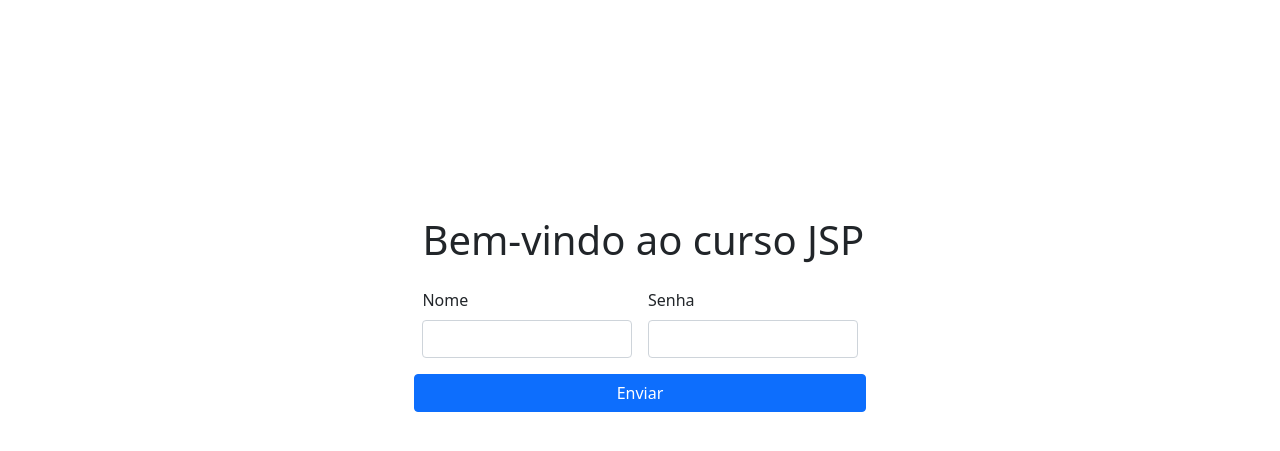
Repository: wdnzs/EstudoJSP
Page: http://localhost/curso-jsp/
An editor plug-in stored every save of this project. The page is shown before and after the next save, followed by the edit.
The browser window is 1280 px wide. The pictures show the whole page.
The page is served by Tomcat 9.

Above is the page before, as saved 2021-09-07 02:18:29.

After the next save:
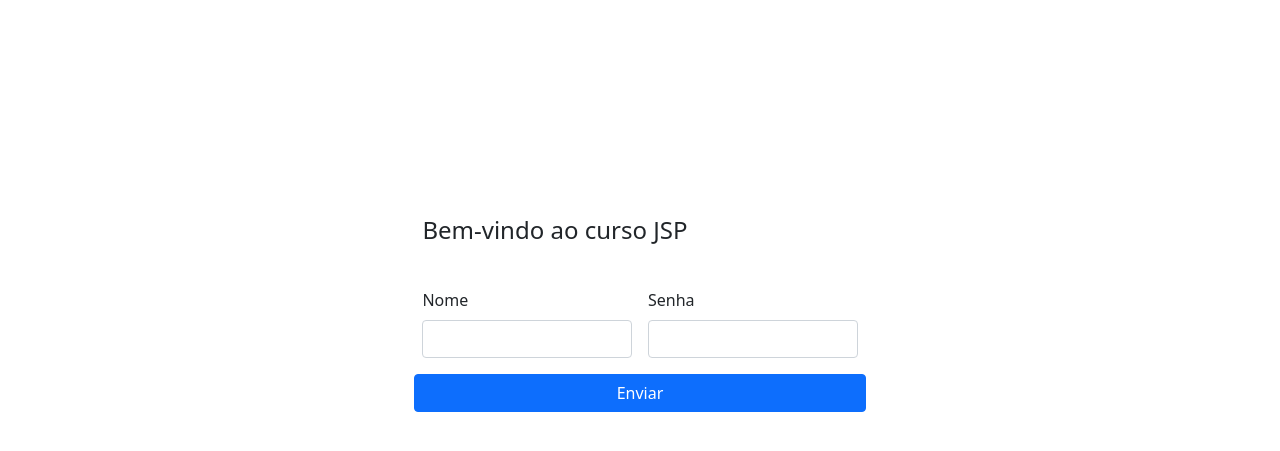
Saved 56 s later.
--- a/curso-jsp/src/main/webapp/index.jsp
+++ b/curso-jsp/src/main/webapp/index.jsp
@@ -19,7 +19,7 @@ form{
 	right: 33%;
 }
 
-h1{
+h4{
 	position: absolute;
 	top: 30%;
 	left: 33%;
@@ -31,7 +31,7 @@ h1{
 
 <body>
 
-	<h1>Bem-vindo ao curso JSP</h1>
+	<h4>Bem-vindo ao curso JSP</h4>
 
 	<form action="<%=request.getContextPath() %>/ServletLogin" method="post" class="row g-3">
 		<input type="hidden" value="<%=request.getParameter("url")%>" name="url">
